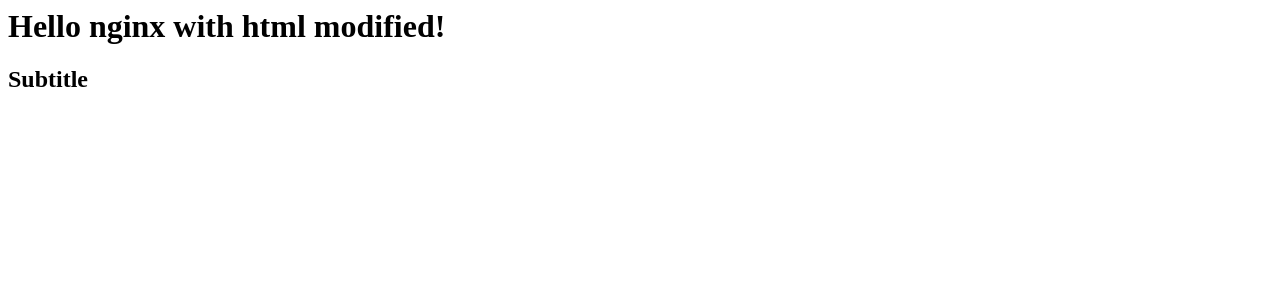
Repository: james-freitas/fc-docker
Page: html/index.html
The author's editor kept a copy of each file at every save. The page is drawn from the files as they stood at one save, then again after the next save.
The browser window is 1280 px wide. The pictures show the whole page.

Above is the page before, as saved 2024-05-26 15:58:38.

After the next save:
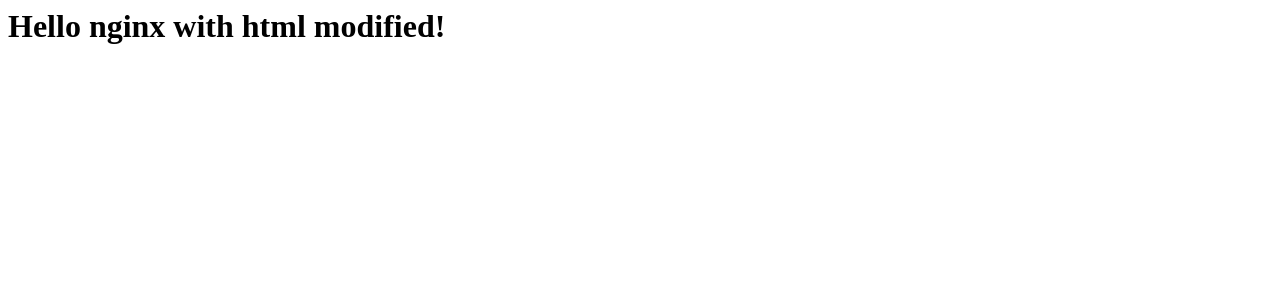
Saved 4 s later.
--- a/html/index.html
+++ b/html/index.html
@@ -1,3 +1,2 @@
 
 <h1>Hello nginx with html modified!</h1>
-<h2>Subtitle</p>
